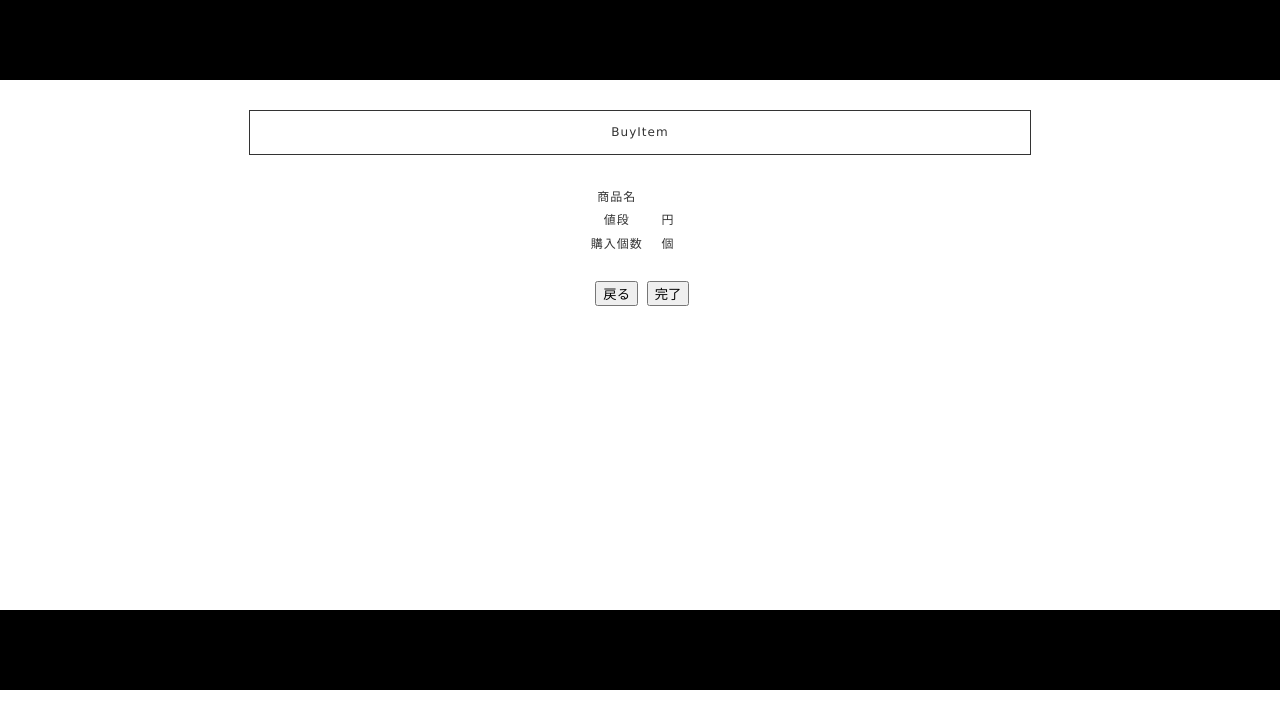
Repository: Wildbird-Yachou/test
Page: http://localhost/ecsite/buyItemConfirm.jsp
An editor plug-in stored every save of this project. The page is shown before and after the next save, followed by the edit.
The browser window is 1280 px wide. The pictures show the whole page.
Some web libraries are served in a nearby version. The page is served by Tomcat 9. Other server files are loaded and not shown.

Above is the page before, as saved 2018-09-26 11:37:44.

### ecsite/WebContent/buyItemConfirm.jsp
<%@ page language="java" contentType="text/html; charset=UTF-8"
    pageEncoding="UTF-8"%>
<%@ taglib prefix="s" uri="/struts-tags" %>
<!DOCTYPE html PUBLIC "-//W3C//DTD HTML 4.01 Transitional//EN" "http://www.w3.org/TR/html4/loose.dtd">
<html>
<head>
<meta http-equiv="Content-Type" content="text/html; charset=UTF-8">
<meta http-equiv="Content-Style-Type" content="text/css" />
<meta http-equiv="Content-Script-Type" content="text/javascript" />
<meta http-equiv="imagetoolbar" content="no" />
<meta name="description" content="" />
<meta name="keywords" content="" />
<script src="http://ajax.googleapis.com/ajax/libs/jquery/1.9.1/jquery.min.js"></script>
<title>BuyItemConfirm画面</title>
<style type="text/css">

body{
margin:0;
padding:0;
line-height:1.6;
letter-spacing:1px;
font-family:Verdana,Helvetica,sans-serif;
font-size:12px;
color:#333;
background:#fff;
}

table{
text-align:center;
margin:0 auto;
}

#top{
width:780px;
margin:30px auto;
border:1px solid #333;
}

#header{
width:100%;
height:80px;
background-color:black;
}

#main{
width:100%;
height:500px;
text-align:center;
}

#footer{
width:100%;
height:80px;
background-color:black;
clear:both;
}

</style>
<script type="text/javascript">
function submitAction(url){
	$('form').attr('action',url);
	$('form').submit();
}
</script>
</head>
<body>

<div id="header">
 <div id="pr">
 </div>
</div>
<div id="main">
 <div id="top">
  <p>BuyItem</p>
 </div>
 <div>
  <s:form>
  <tr>
   <td>商品名</td>
   <td><s:property value="session.buyItem_name" /></td>
  </tr>
  <tr>
   <td>値段</td>
   <td><s:property value="session.total_price" /><span>円</span></td>
  </tr>
  <tr>
   <td>購入個数</td>
   <td><s:property value="session.count" /><span>個</span></td>
  </tr>
  <tr>
   <td><br></td>
  </tr>
  <tr>
   <td><input type="button" value="戻る" onclick="submitAction('HomeAction')" /></td>
   <td><input type="button" value="完了" onclick="submitAction('BuyItemConfirmAction')" /></td>
  </tr>
 </s:form>
</div>
</div>
<div id="footer">
 <div id="pr">
 </div>
</div>
</body>
</html>

After the next save:
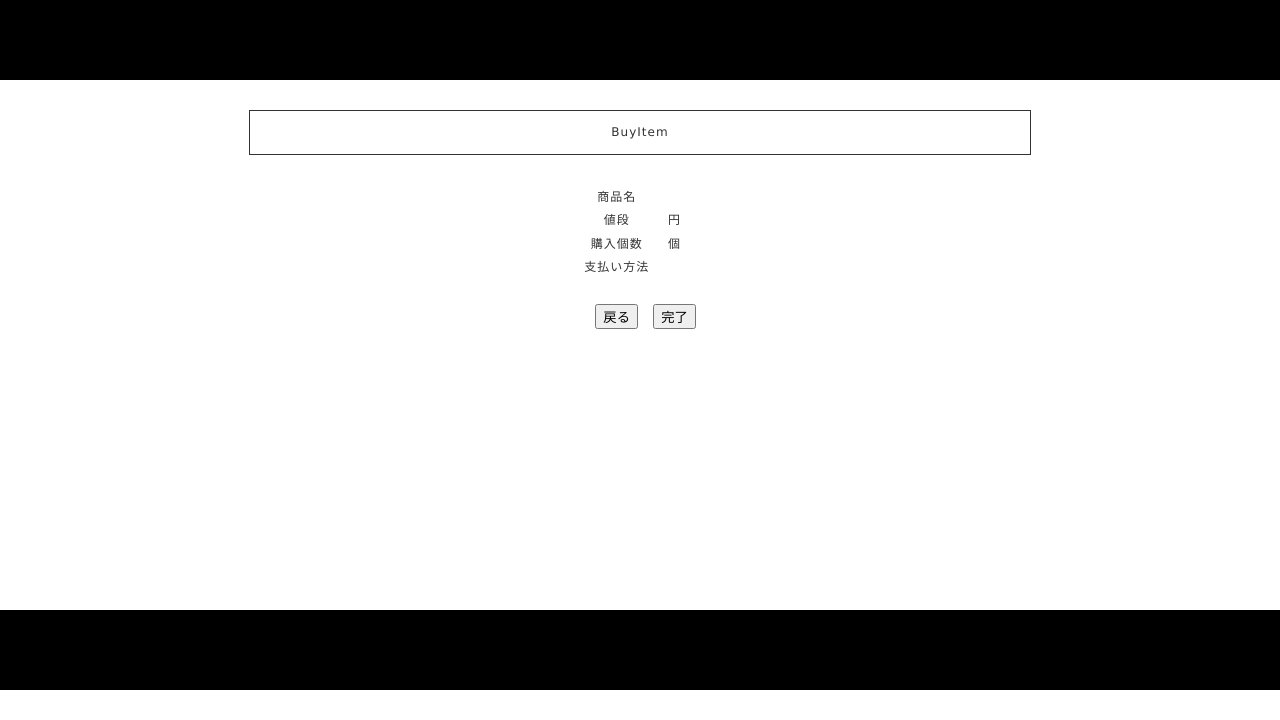
Saved 92 s later.
--- a/ecsite/WebContent/buyItemConfirm.jsp
+++ b/ecsite/WebContent/buyItemConfirm.jsp
@@ -88,6 +88,10 @@
    <td><s:property value="session.count" /><span>個</span></td>
   </tr>
   <tr>
+   <td>支払い方法</td>
+   <td><s:property value="session.pay" /></td>
+  </tr>
+  <tr>
    <td><br></td>
   </tr>
   <tr>
